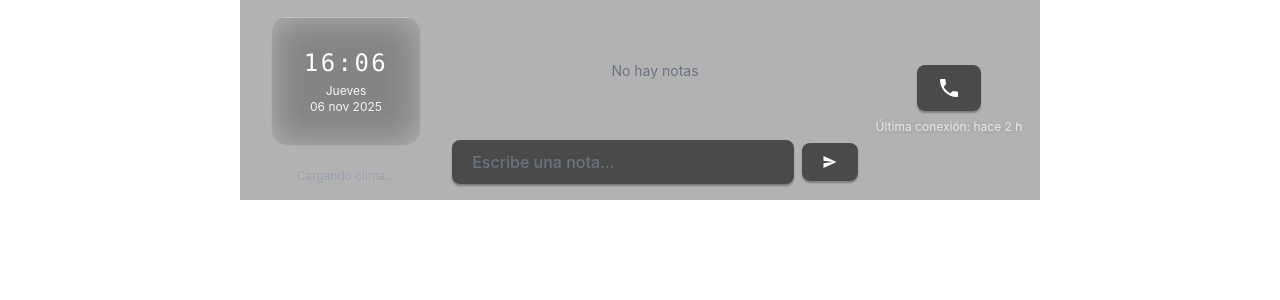
Repository: CodeByEvans/my-romantic-widget
Page: /
These files come from the project's save history. The page is drawn as it stood at one moment and after the next save; the edit follows.
The browser window is 1280 px wide. The pictures show the whole page.
The page's requests for data from a server got no answer. The project was rebuilt for these pictures with package versions that can differ from the ones it lists, and the page was loaded fresh each time. No one was signed in, and anything a server would have sent is missing. Also part of the build but not shown: vite.config.ts.

Above is the page before, as saved 2025-11-07 13:15:51.

After the next save:
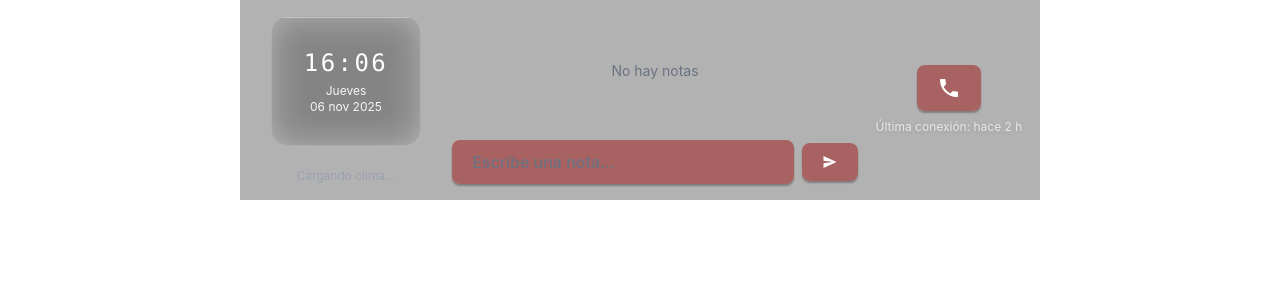
Saved 4 s later.
--- a/src/App.css
+++ b/src/App.css
@@ -63,7 +63,7 @@
   font-weight: 500;
   font-family: inherit;
   color: #fff;
-  background-color: rgba(30, 30, 30, 0.7);
+  background-color: rgba(165, 65, 65, 0.7);
   transition: border-color 0.25s, background-color 0.25s;
   box-shadow: 0 2px 2px rgba(0, 0, 0, 0.3);
   -webkit-app-region: no-drag;

After the save that followed:
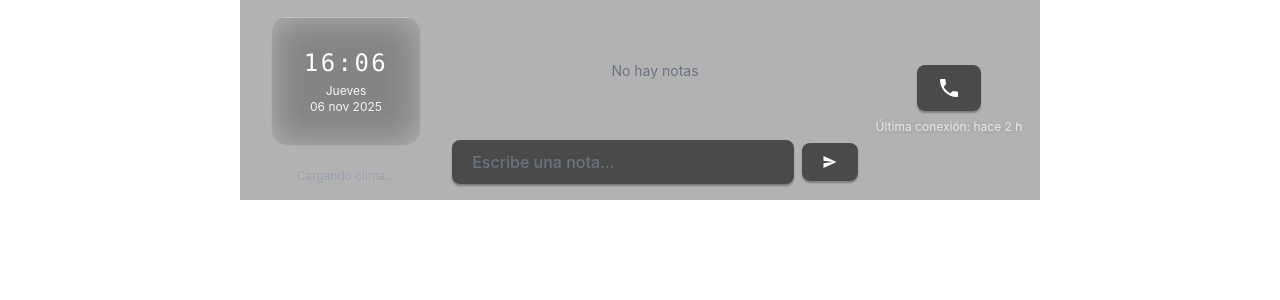
Saved 8 s later.
--- a/src/App.css
+++ b/src/App.css
@@ -63,7 +63,7 @@
   font-weight: 500;
   font-family: inherit;
   color: #fff;
-  background-color: rgba(165, 65, 65, 0.7);
+  background-color: var(--button-bg);
   transition: border-color 0.25s, background-color 0.25s;
   box-shadow: 0 2px 2px rgba(0, 0, 0, 0.3);
   -webkit-app-region: no-drag;
